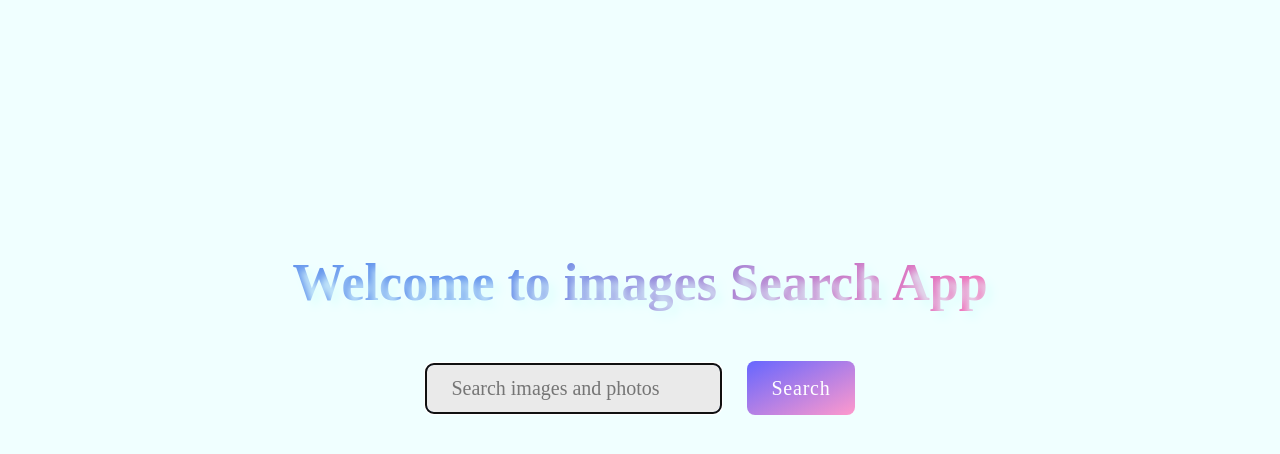
Repository: PoppyHanna/goit-neo-react-hw-module4
Page: /
The author's editor kept a copy of each file at every save. The page is drawn from the files as they stood at one save, then again after the next save.
The browser window is 1280 px wide. The pictures show the whole page.
The project was rebuilt for these pictures with package versions that can differ from the ones it lists, and the page was loaded fresh each time. Also part of the build but not shown: vite.config.js, src/components/loader/Loader.jsx, src/components/card/ImageCard.module.css, src/components/card/ImageCard.jsx, src/components/modal/ImageModal.module.css, src/components/load/LoadMoreBtn.module.css, src/components/load/LoadMoreBtn.jsx.

Above is the page before, as saved 2026-06-21 16:14:55.

After the next save:
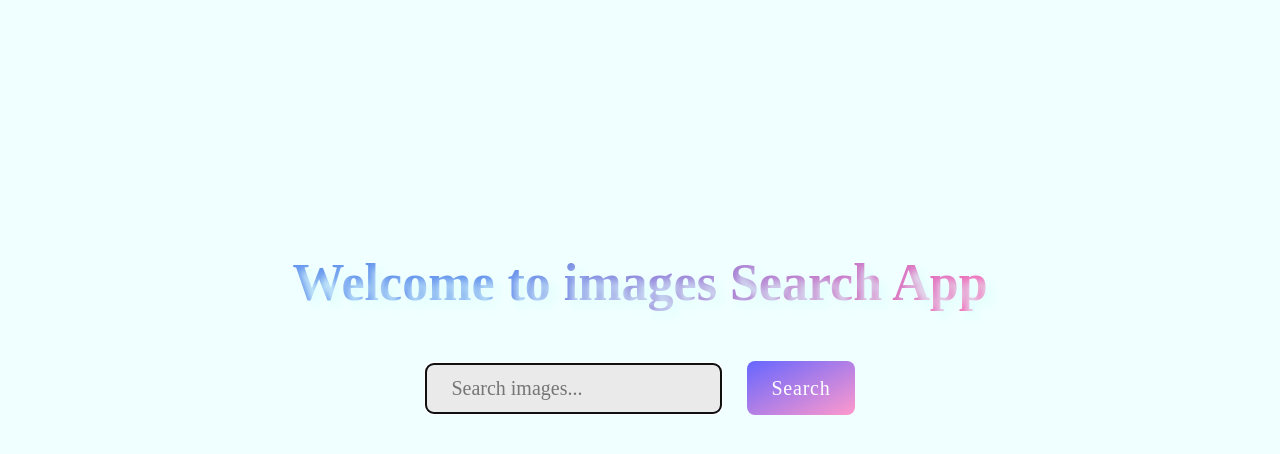
Saved 47 s later.
--- a/src/components/search/SearchBar.jsx
+++ b/src/components/search/SearchBar.jsx
@@ -24,7 +24,7 @@ const SearchBar = ({ onSubmit }) => {
                     type="text"
                     autoComplete="off"
                     autoFocus
-                    placeholder="Search images and photos"
+                    placeholder="Search images..."
                     value={query}
                     onChange={(e) => setQuery(e.target.value)}
                     className={styles.input}
